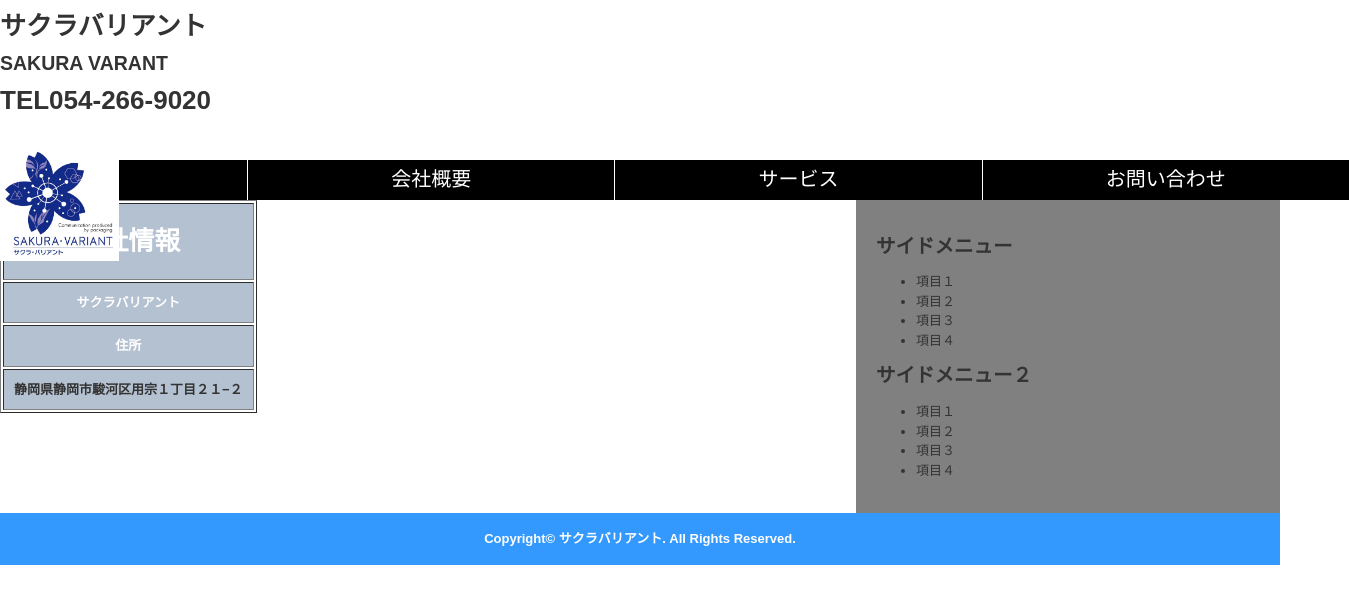
Repository: sakusyou69/homepage
Page: index.java3.html
The author's editor kept a record of every edit. The page is drawn from the files as they stood at one moment, then again after the next edit.
The browser window is 1280 px wide. The page is 1349 px wide, so the pictures cover 1349 px, including what lies to the right of the window. The pictures show the whole page.

Above is the page before.

### index.java3.html
<!DOCTYPE html>
<html lang="ja">
<head>
    <meta charset="UTF-8">
    <title> 会社案内｜サクラバリアント</title>
    <!-- CSSの読み込み　-->
    <link rel="stylesheet" href="stylesheet.css">
</head>
<body>
    <div>
    <h1>サクラバリアント</h1>
    <h2>SAKURA VARANT</h2>
    <h1>TEL054-266-9020</h1>
    </div>
    <div id="header">
        <h1> <a href="index.java.html"> <img id="corridor" src="images/sakura.jpg" alt="会社ロゴ"/></a></h1>
    </div>
    <div id="wrapper">
        <div id="nav">
            <ul>
                <li><a href="home.html">ホーム</a></a></li>
                <li><a href="#">会社概要</a></li>
                <li><a href="#">サービス</a></li>
                <li><a href="#">お問い合わせ</a></li>
            </ul>
        </div>
    </div>
    <div id="side">
        <div class="box">
            <h2>サイドメニュー</h2>
            <div class="boxBody">
                <ul>
                    <li>項目１</li>
                    <li>項目２</li>
                    <li>項目３</li>
                    <li>項目４</li>
                </ul>
            </div>
        </div>
        <div class="box">
            <h2>サイドメニュー２</h2>
            <div class="boxBody">
                <ul>
                    <li>項目１</li>
                    <li>項目２</li>
                    <li>項目３</li>
                    <li>項目４</li>
                </ul>
            </div>
        </div>
    </div>
    </div>

    <table border="1">
        <tr>
            <th><h1><font color="white">会社情報</font></h1></th>

        </tr>
        <tr>
         <th><font color="white">サクラバリアント</font></th>


        </tr>
        <tr>
            <th><font color="white">住所</font></th>
            <tr>
            <th>静岡県静岡市駿河区用宗１丁目２１−２</th>
            <tb></tb>
        </tr>
    </table>



    <div id="footer">
        <p>Copyright© サクラバリアント. All Rights Reserved.</p>
    </div>
</body>
</html>

### stylesheet.css
@charset "utf-8";

body {
	margin: 0;
	padding: 0;
	font-family: "ヒラギノ角ゴ Pro W3", "Hiragino Kaku Gothic Pro", "メイリオ", Meiryo, Osaka, "ＭＳ Ｐゴシック", "MS PGothic", sans-serif;
	color: #333;
	font-size: 13px;
	line-height: 150%;
}

/* -------------------- wrapper -------------------- */
#wrapper {
	width: 100%;
	margin: auto;
	padding: 0px;
	border: 0px;
	background-color: #FFF;
}
div h1  {


}

div h2 {

    width:auto;
}
/*-----------------header-----------------*/
#header h1 {
    position:relative;
    display:inline-block;
}

#header h2 {
    position:relative;
    display:inline-block;
}

#corridor {
    width:15%;
    height:auto;
}


/*---------------footer--------------*/
#footer {
    clear: both;
    width:100%;
    padding: 3px 0 3px 0;
    background: #39F;
    color: #FFF;
    font-weight:bold;
    text-align: center;
}

/*------------------------nav-------------------*/
#nav {
    width:96%;
}
#nav ul {
    margin:-120px;
    padding:0;
    list-style-type: none;
}
#nav ul li {
    float:left;
    width:25%;
    text-align:center;
}
#nav ul li a {
    display:block;
    height:20px;
    margin:0;
    padding:10px;
    color: #FFF;
    font-size:20px;
    text-decoration:none;
    background-color:black;
    border-left: 1px solid white;
}
/*-----------------------side---------------------*/
#side {
    float:right;
    width:30%;
    padding:20px;
    background-color:gray;
}
#side.box {
    margin:0 auto 30px auto;
    padding:0 0 20px 0;
    background: url(images/side_box.png)bottom no-repeat;
}
#side.box h2 {
    margin:0;
    padding:8px;
    text-align:center;
    color:#fff;
    font-size:16px;
    line-height:16px;
    font-weight:normal;
    background:url(images/side_box_h2.png)center no-repeat;
}
#side.box.boxBody {
    padding:8px;
    border-right:solid 1px #C36;
    border-bottom:solid 1px #C36;
    border-left: solid 1px #C36;
    background:#fff;
}
#side.box.boxBody ul li {
    margin:0 0 16px 0;
    padding:0;
}
#side.box.boxBody ul li {
    padding:8px 0 8px 4px;
    list-style:none;
    border-bottom:solid 1px #C36;
}
th {
    padding:10px;
    background-color:#b4c1d1;
}
th h2 {
    background-color:#1c315d;
    padding:10px;
}

After the next edit:
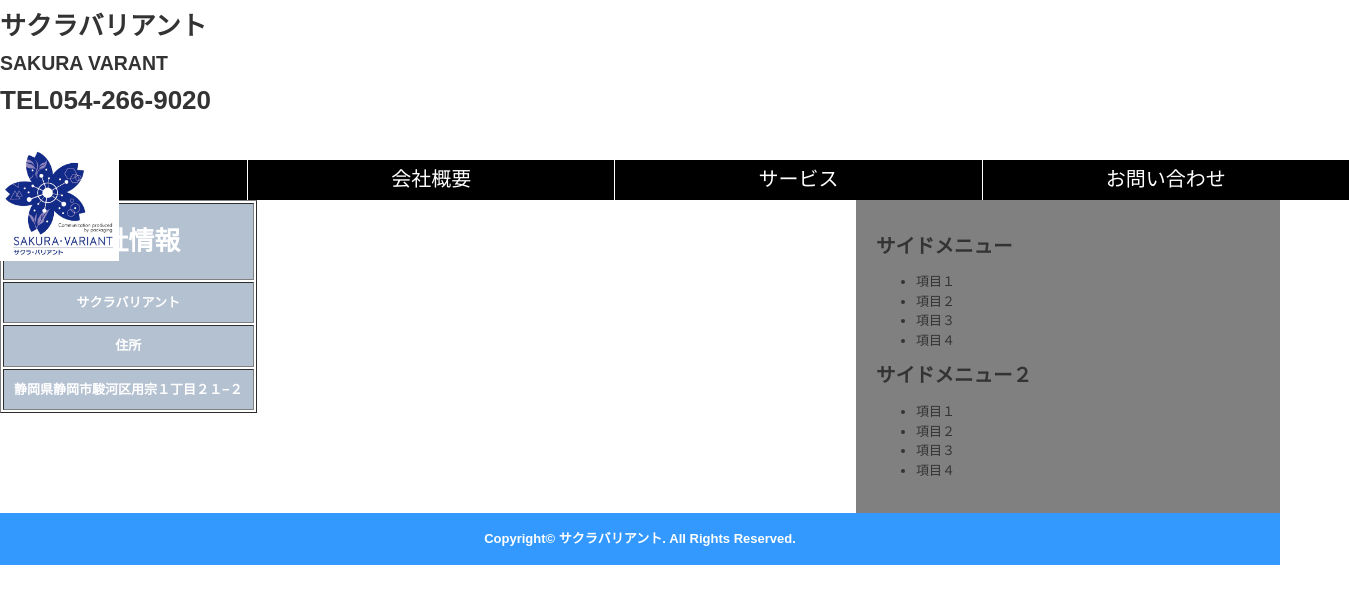
The edit:
--- a/index.java3.html
+++ b/index.java3.html
@@ -64,7 +64,7 @@
         <tr>
             <th><font color="white">住所</font></th>
             <tr>
-            <th>静岡県静岡市駿河区用宗１丁目２１−２</th>
+            <th><font color="white">静岡県静岡市駿河区用宗１丁目２１−２</font></th>
             <tb></tb>
         </tr>
     </table>
